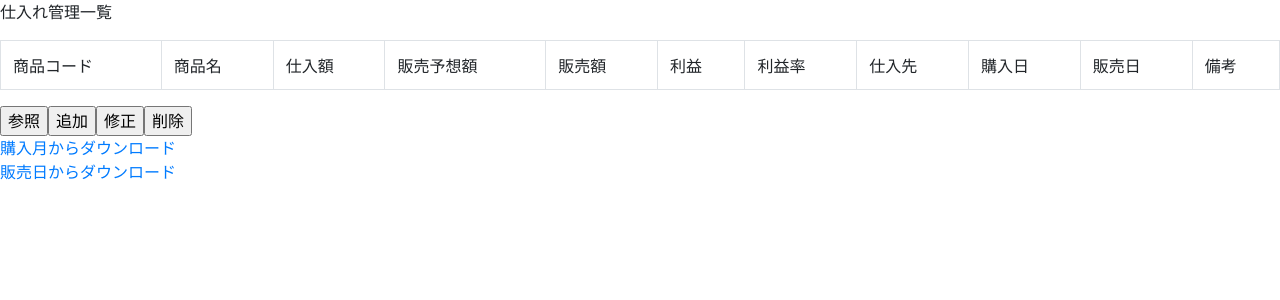
Repository: hayashikazuki/quroud9
Page: http://localhost/hurugi_keisan/product/hurugi_list.php
The author's editor kept a record of every edit. The page is drawn from the files as they stood at one moment, then again after the next edit.
The browser window is 1280 px wide. The pictures show the whole page.
The page is run by PHP 8.4 with error messages shown; the project is at /var/www/html/. Queries for data that is not in the repository find no rows.

Above is the page before.

### hurugi_keisan/product/hurugi_list.php
<!DOCTTYPE>
<html lang="ja">
    <head>
        <meta charaset="UTF-8">
        <title>古着管理アプリ</title>
        <link rel="stylesheet" href="bootstrap.css"/>
    </head>
    <body>
    <?php

    try
    {
    $dsn='mysql:dbname=hurugi_keisan;host=localhost;charset=utf8';
    $user='root';
    $password='';
    $dbh = new PDO($dsn,$user,$password);
    $dbh->setAttribute(PDO::ATTR_ERRMODE,PDO::ERRMODE_EXCEPTION);

    $sql = 'SELECT code,namecode,name,stocking,expect,sale,shop,date,saledate,remarks FROM hurugi_product WHERE 1';
    $stmt = $dbh->prepare($sql);
    $stmt->execute();

    $dbh = null;

    print '<p>仕入れ管理一覧</p>';
    print '<table class="table table-bordered">';
    print '<tr>';
    print '<td>商品コード</td>';
    print '<td>商品名</td>';
    print '<td>仕入額</td>';
    print '<td>販売予想額</td>';
    print '<td>販売額</td>';
    print '<td>利益</td>';
    print '<td>利益率</td>';
    print '<td>仕入先</td>';
    print '<td>購入日</td>';
    print '<td>販売日</td>';
    print '<td>備考</td>';
    print '</tr>';




    while(true)
    {

        $rec = $stmt->fetch(PDO::FETCH_ASSOC);
        if($rec==false)
        {
            break;
        }
        print '<tr>';
        print '<td>';
        print'<input type="radio" name="hurugicode" value="'.$rec['code'].'">';
        print $rec['namecode'];
        print '</td>';
        print '<td>';
        print '<a href="hurugi_disp.php?hurugicode='.$rec['code'].'">';
        print $rec['name'];
        print '</a>';
        print '</td>';
        print '<td>';
        print $rec['stocking'];
        print '</td>';
        print '<td>';
        print $rec['expect'];
        print '</td>';
        print '<td>';
        print $rec['sale'];
        print '</td>';
        print '<td>';
        print $rec['sale']-$rec['stocking'];
        print '</td>';
        print '<td>';
        print floor(($rec['sale']-$rec['stocking']) / $rec['sale'] * 100);
        print '</td>';
        print '<td>';
        print $rec['shop'];
        print '</td>';
        print '<td>';
        print $rec['date'];
        print '</td>';
        print '<td>';
        print $rec['saledate'];
        print '</td>';
        print '<td>';
        print $rec['remarks'];
        print '</td>';
        print '<br />';
        print '</tr>';
    }



    print '</table>';
    print'<input type="submit" value="参照" name="disp">';
    print'<input type="submit" value="追加" name="add">';
    print'<input type="submit" value="修正" name="edit">';
    print'<input type="submit" value="削除" name="delete">';
    print '</form>';


    }
    catch(Exception $e)
    {
        print 'ただいま障害により大変ご迷惑をお掛けしております。';
        exit();
    }
    ?>

    <br />
    <a href="hurugi_download.php">購入月からダウンロード</a>
    <br />
    <a href="saledate_download.php">販売日からダウンロード</a>

    <!--<p>仕入れ管理一覧</p>-->
    <!--<table border="1">-->
    <!--    <tr>-->
    <!--        <td>商品名</td>-->
    <!--        <td>仕入額</td>-->
    <!--        <td>販売額</td>-->
    <!--        <td>利益</td>-->
    <!--        <td>仕入先</td>-->
    <!--        <td>購入日</td>-->
    <!--        <td>備考</td>-->
    <!--    </tr>-->
    <!--</table>-->
    </body>
</html>

Loaded but not shown: hurugi_keisan/product/bootstrap.css (library)

After the next edit:
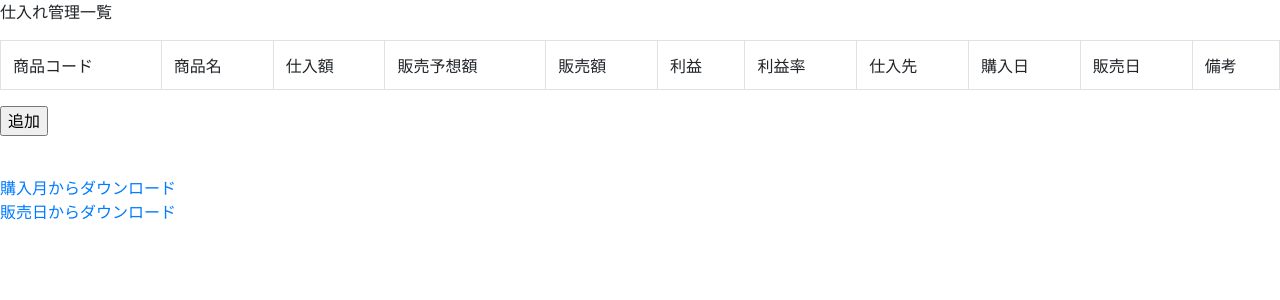
The edit:
--- a/hurugi_keisan/product/hurugi_list.php
+++ b/hurugi_keisan/product/hurugi_list.php
@@ -93,10 +93,9 @@
 
 
     print '</table>';
-    print'<input type="submit" value="参照" name="disp">';
+
+    print '<form method="post" action="hurugi_branch.php">';
     print'<input type="submit" value="追加" name="add">';
-    print'<input type="submit" value="修正" name="edit">';
-    print'<input type="submit" value="削除" name="delete">';
     print '</form>';
 
 
